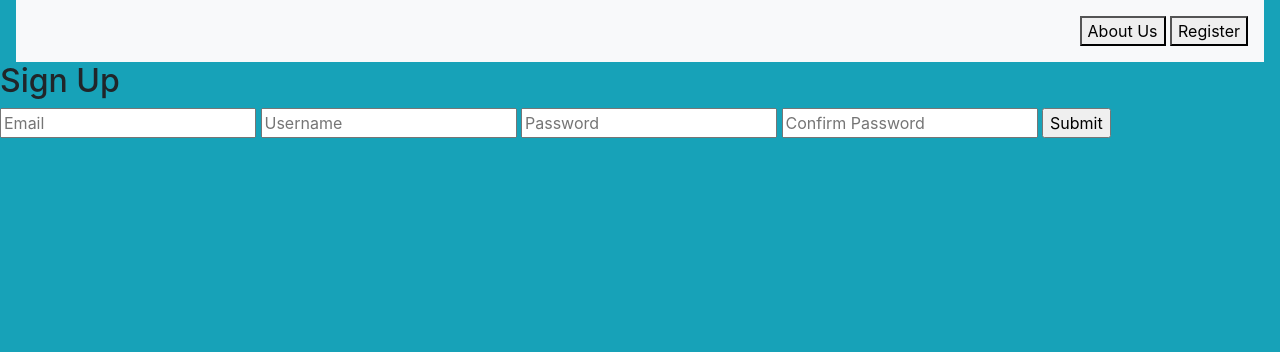
Repository: rodwestmoreland/1150
Page: registrationForm/index.html
These files come from the project's save history. The page is drawn as it stood at one moment and after the next save; the edit follows.
The browser window is 1280 px wide. The pictures show the whole page.

Above is the page before, as saved 2021-01-25 14:21:06.

After the next save:
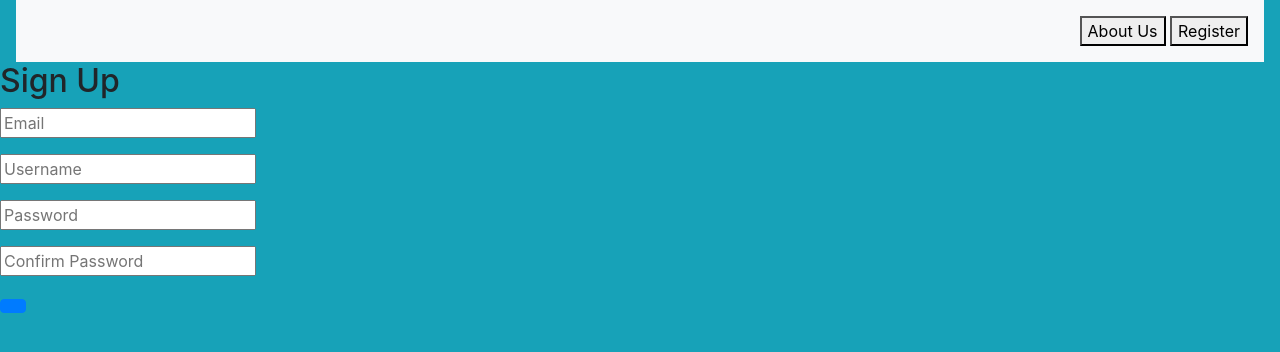
Saved 4 min 39 s later.
--- a/registrationForm/index.html
+++ b/registrationForm/index.html
@@ -14,18 +14,30 @@
 </nav>
 <body class="bg-info">
 
+    <form>
+        <h2>Sign Up</h2>
+    <div class="form-group">
+        <input type="text" id="email"    placeholder="Email">
 
-    <div class="formWrapper">
-        <form>
-            <h2>Sign Up</h2>
-            <input type="text" id="email"    placeholder="Email">
-            <input type="text" id="username" placeholder="Username">
-            <input type="text" id="password" placeholder="Password">
-            <input type="text" id="confirm"  placeholder="Confirm Password">
-            <input type="submit" name="Submit">
+    </div>
+
+    <div class="form-group">
+        <input type="text" id="username" placeholder="Username">
+
+    </div>
+    <div class="form-group">
+
+        <input type="text" id="password" placeholder="Password">
+    </div>
+
+    <div class="form-group">
+
+        <input type="text" id="confirm"  placeholder="Confirm Password">
+    </div>
+            <button type="submit" class="btn btn-primary" name="Submit"></button>
         </form>
 
-    </div>
+
     <script src="https://code.jquery.com/jquery-3.3.1.slim.min.js" integrity="sha384-q8i/X+965DzO0rT7abK41JStQIAqVgRVzpbzo5smXKp4YfRvH+8abtTE1Pi6jizo" crossorigin="anonymous"></script>
     <script src="https://cdnjs.cloudflare.com/ajax/libs/popper.js/1.14.7/umd/popper.min.js" integrity="sha384-UO2eT0CpHqdSJQ6hJty5KVphtPhzWj9WO1clHTMGa3JDZwrnQq4sF86dIHNDz0W1" crossorigin="anonymous"></script>
     <script src="https://stackpath.bootstrapcdn.com/bootstrap/4.3.1/js/bootstrap.min.js" integrity="sha384-JjSmVgyd0p3pXB1rRibZUAYoIIy6OrQ6VrjIEaFf/nJGzIxFDsf4x0xIM+B07jRM" crossorigin="anonymous"></script>
